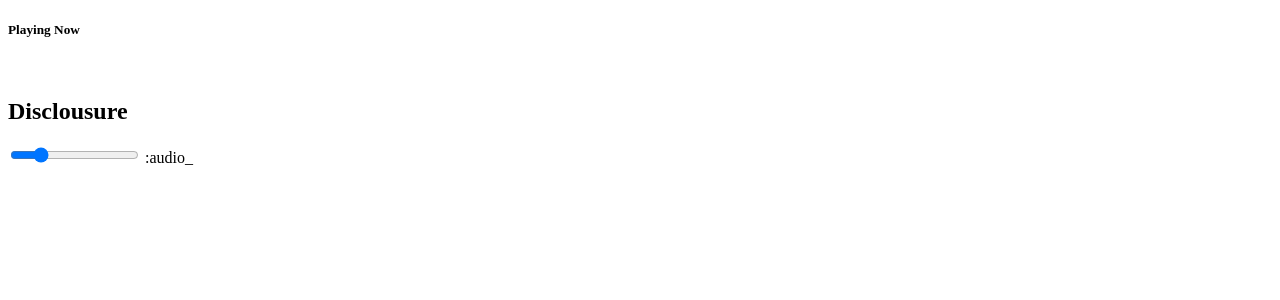
Repository: NickArregoces/ReproductorMusica
Page: Index.html
The author's editor kept a copy of each file at every save. The page is drawn from the files as they stood at one save, then again after a run of saves.
The browser window is 1280 px wide. The pictures show the whole page.

Above is the page before, as saved 2021-12-27 15:41:05.

After the next 3 saves:
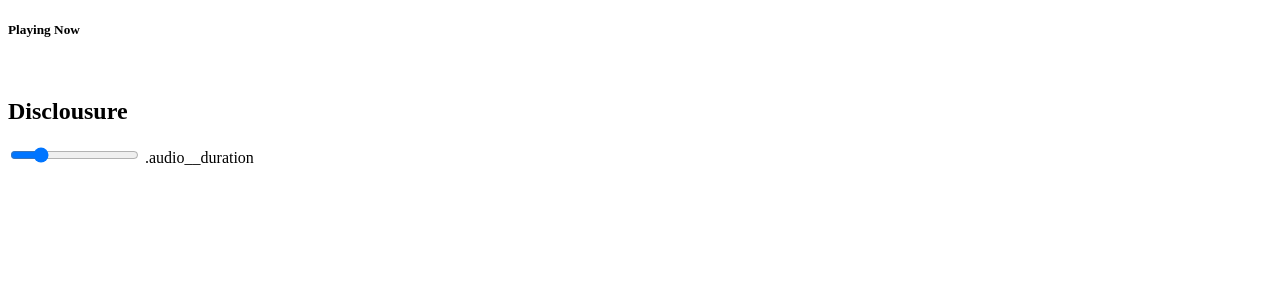
The 3 saves are shown as one change because they came seconds apart.
The last was saved 11 s later.
--- a/Index.html
+++ b/Index.html
@@ -31,7 +31,7 @@
 
                 <input type="range" value="20" min=0 class="player__level">
 
-                :audio_
+                .audio__duration
 
             </div>
         </div>
